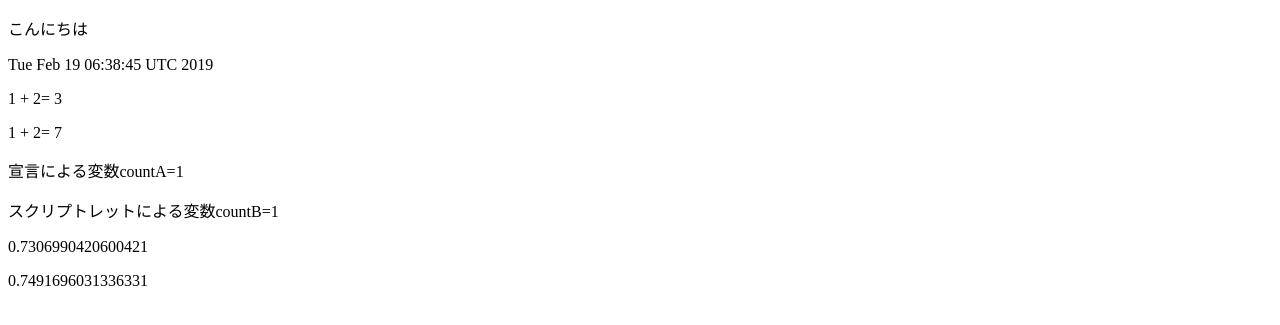
Repository: ryousukefujita-0423/test
Page: http://localhost/HelloJSP/
The author's editor kept a copy of each file at every save. The page is drawn from the files as they stood at one save, then again after the next save.
The browser window is 1280 px wide. The pictures show the whole page.
The page is served by Tomcat 9.

Above is the page before, as saved 2019-02-19 07:29:02.

### HelloJSP/WebContent/index.jsp
<%@ page language="java" contentType="text/html; charset=UTF-8"
	pageEncoding="UTF-8"%>
<!DOCTYPE html PUBLIC "-//W3C//DTD HTML 4.01 Transitional//EN" "http://www.w3.org/TR/html4/loose.dtd">
<html>
<head>
<meta http-equiv="Content-Type" content="text/html; charset=UTF-8">
<title>TEST</title>
</head>
<body>
	<p>こんにちは</p>
	<%
		out.println(new java.util.Date());
	%>

	<%!static int add(int a, int b) {
		return a + b;
	}%>

	<p>
		1 + 2=
		<%=add(1, 2)%></p>
	<p>
		1 + 2=
		<%=add(3, 4)%></p>

	<%!static int countA = 0;%>

	<%
		int countB = 0;
		countA++;
		countB++;
	%>

	<p>
		宣言による変数countA=<%=countA%></p>
	<p>
		スクリプトレットによる変数countB=<%=countB%></p>

	<p>
		<%
			out.println(Math.random());
		%>

	<p><%=Math.random()%>
</body>
</html>

After the next save:
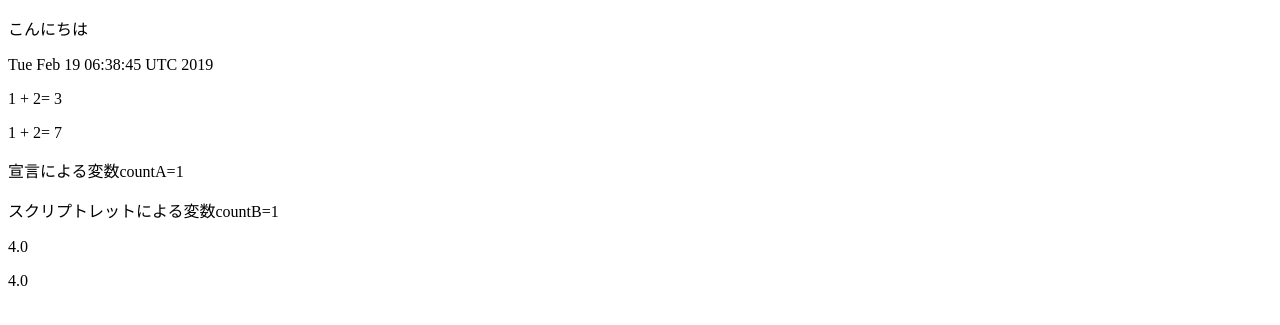
Saved 6 min 27 s later.
--- a/HelloJSP/WebContent/index.jsp
+++ b/HelloJSP/WebContent/index.jsp
@@ -38,9 +38,9 @@
 
 	<p>
 		<%
-			out.println(Math.random());
+			out.println(Math.floor(Math.random() * 5) + 1);
 		%>
 
-	<p><%=Math.random()%>
+	<p><%=Math.floor(Math.floor(Math.random() * 5) + 1)%>
 </body>
 </html>
